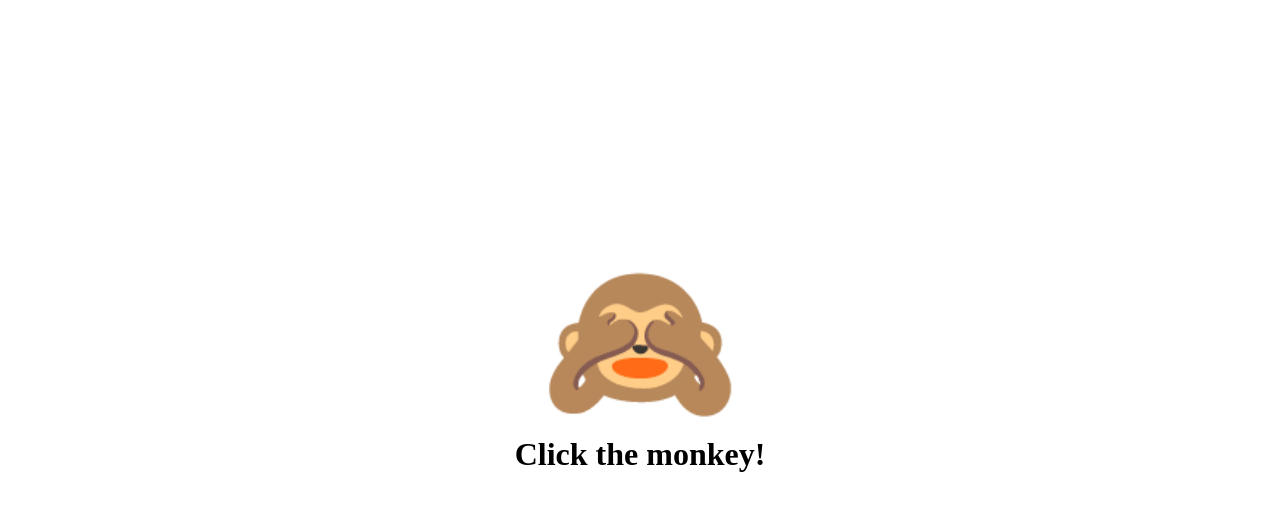
Repository: PrashantPanjwani/JSProjects
Page: index.html
The author's editor kept a copy of each file at every save. The page is drawn from the files as they stood at one save, then again after the next save.
The browser window is 1280 px wide. The pictures show the whole page.

Above is the page before, as saved 2024-06-04 16:42:20.

### index.html
<!DOCTYPE html>
<html lang="en">
<head>
    <meta charset="UTF-8">
    <meta name="viewport" content="width=device-width, initial-scale=1.0">
    <title>Peek</title>
    <link rel="stylesheet" href="style.css">
</head>
<body>
    <div class="emoji closed active">🙈</div>
    <div class="emoji open">🙉</div>
    <div class="bodytext"><h1>Click the monkey!</h1></div>
    <script src="app.js"></script>

</body>
</html>

### style.css
*{
    box-sizing: border-box;
    margin: 0;
    padding: 0;
}
body{
    display: flex;
    flex-direction: column;
    justify-content: center;
    align-items: center;
    height: 100vh;
}
.emoji{
    font-size: 10em;
    user-select: none;
    cursor: pointer;
}
.closed
{
    display: none;
}
.open{
    display: none;
}
.active{
    display: block;
}

### app.js
const closedFace = document.querySelector('.closed');
const OpenFace = document.querySelector('.open');

closedFace.addEventListener('click',()=>{
    if(OpenFace.classList.contains('open')){
        OpenFace.classList.add('active');
        closedFace.classList.remove('active');
    }
})
OpenFace.addEventListener('click',()=>{
    if(closedFace.classList.contains('closed')){
        closedFace.classList.add('active');
        OpenFace.classList.remove('active');
    }
})

After the next save:
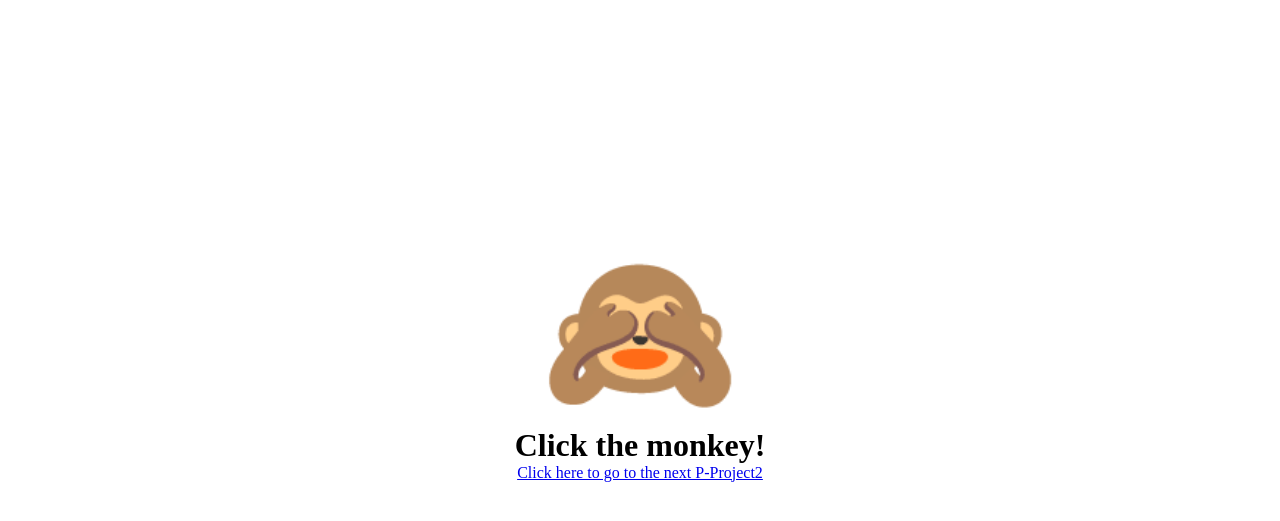
Saved 8 days later.
--- a/index.html
+++ b/index.html
@@ -11,6 +11,6 @@
     <div class="emoji open">🙉</div>
     <div class="bodytext"><h1>Click the monkey!</h1></div>
     <script src="app.js"></script>
-
+<a href="P-Project2/index.html">Click here to go to the next P-Project2</a>
 </body>
 </html>
